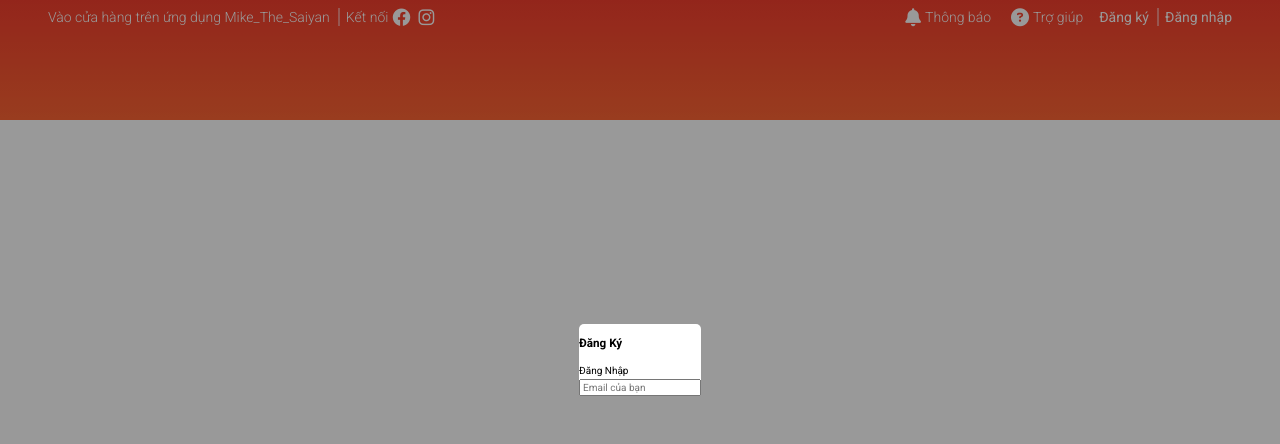
Repository: thefellowshiplotr/project_shopee
Page: index.html
These files come from the project's save history. The page is drawn as it stood at one moment and after the next save; the edit follows.
The browser window is 1280 px wide. The pictures show the whole page.

Above is the page before, as saved 2022-11-07 13:40:46.

### index.html
<!DOCTYPE html>
<html lang="en">
  <head>
    <meta charset="UTF-8" />
    <meta http-equiv="X-UA-Compatible" content="IE=edge" />
    <meta name="viewport" content="width=device-width, initial-scale=1.0" />
    <title>Shopee</title>
    <link
      rel="stylesheet"
      href="https://cdnjs.cloudflare.com/ajax/libs/normalize/8.0.1/normalize.min.css"
      integrity="sha512-NhSC1YmyruXifcj/KFRWoC561YpHpc5Jtzgvbuzx5VozKpWvQ+4nXhPdFgmx8xqexRcpAglTj9sIBWINXa8x5w=="
      crossorigin="anonymous"
      referrerpolicy="no-referrer"
    />
    <link rel="preconnect" href="https://fonts.googleapis.com" />
    <link rel="preconnect" href="https://fonts.gstatic.com" crossorigin />
    <link
      href="https://fonts.googleapis.com/css2?family=Roboto:wght@300;400;500;700&display=swap"
      rel="stylesheet"
    />
    <link rel="stylesheet" href="./assets/css/base.css" />
    <link rel="stylesheet" href="./assets/css/main.css" />
    <link
      rel="stylesheet"
      href="./assets/fonts/fontawesome-free-6.2.0-web/fontawesome-free-6.2.0-web/css/all.min.css"
    />
  </head>
  <body>
    <div class="wrapper">
      <header class="header">
        <div class="grid">
          <nav class="header__navbar">
            <ul class="header__navbar-list">
              <li
                class="header__navbar-item header__navbar-item-has-qr header__navbar-item--separate"
              >
                Vào cửa hàng trên ứng dụng Mike_The_Saiyan

                <!-- Header QR -->
                <div class="header__qr">
                  <img
                    src="./assets/img/QR-shopee.png"
                    alt="QR code"
                    class="header__qr-img"
                  />
                  <div class="header__qr-apps">
                    <a href="" class="header__qr-link">
                      <img
                        src="./assets/img/appstore.png"
                        alt="Appstore"
                        class="header__qr-download-img"
                      />
                    </a>
                    <a href="" class="header__qr-link">
                      <img
                        src="./assets/img/google-play.png"
                        alt="Google Play"
                        class="header__qr-download-img"
                      />
                    </a>
                    <!-- <a href="" class="header__qr-link">
                      <img
                        src="./assets/img/app-galery.png"
                        alt="App Galary"
                        class="header__qr-download-img"
                      />
                    </a> -->
                  </div>
                </div>
              </li>
              <li class="header__navbar-item">
                <span class="header__navbar-title--no-pointer">Kết nối</span>
                <a href="" class="header__navbar-icon-link"
                  ><i class="header__navbar-icon fa-brands fa-facebook"></i
                ></a>
                <a href="" class="header__navbar-icon-link"
                  ><i class="header__navbar-icon fa-brands fa-instagram"></i
                ></a>
              </li>
            </ul>
            <ul class="header__navbar-list">
              <li class="header__navbar-item header__navbar-item--has-notify">
                <a href="" class="header__navbar-item-link">
                  <i class="header__navbar-icon fa-solid fa-bell"></i>
                  Thông báo
                </a>
                <div class="header__notify">
                  <header class="header__notify-header">
                    <h3>Thông báo mới nhận</h3>
                  </header>
                  <ul class="header__notify-list">
                    <li class="header__notify-item header__notify-item--viewed">
                      <a href="" class="header__notify-link">
                        <img
                          src="https://cdn.abphotos.link/photos/resized/200x120/83-1625652146-myphamohui-lgvina.png"
                          alt=""
                          class="header__notify-img"
                        />
                        <div class="header__notify-info">
                          <span class="header__notify-name"
                            >Xác thực chính hãng nguồn gốc các sản phẩm
                            Ohui</span
                          >
                          <span class="header__notify-description"
                            >Hiddentag là giải pháp xác thực hàng chính hãng
                            bằng công nghệ tiên tiến nhất hiện nay</span
                          >
                        </div>
                      </a>
                    </li>
                    <li class="header__notify-item header__notify-item--viewed">
                      <a href="" class="header__notify-link">
                        <img
                          src="https://cdn.abphotos.link/photos/resized/200x120/1653708536-php4dvzf5.png"
                          alt=""
                          class="header__notify-img"
                        />
                        <div class="header__notify-info">
                          <span class="header__notify-name"
                            >Kem trắng da Ohui có tốt không? Review kem dưỡng
                            trắng da OHUI Extreme White chi tiết</span
                          >
                          <span class="header__notify-description"
                            >Sản phẩm là sự lựa chọn hoàn hảo cho các quý cô
                            đang gặp vấn đề nám, tàn nhang, thâm sạm,…</span
                          >
                        </div>
                      </a>
                    </li>
                    <li class="header__notify-item header__notify-item--viewed">
                      <a href="" class="header__notify-link">
                        <img
                          src="https://cdn.abphotos.link/photos/resized/200x120/1653706577-phpmugy75.png"
                          alt=""
                          class="header__notify-img"
                        />
                        <div class="header__notify-info">
                          <span class="header__notify-name"
                            >Review kem chống nắng OHUI cho da dầu - OHUI Day
                            Shield Perfect Sun Black</span
                          >
                          <span class="header__notify-description"
                            >Sản phẩm kem chống nắng OHUI Perfect Sun Black
                            chống nước có thể sử dụng đi bơi hoặc hoạt động
                            ngoài trời.</span
                          >
                        </div>
                      </a>
                    </li>
                  </ul>
                  <footer class="header__notify-footer">
                    <a href="" class="header__notify-footer-btn">Xem tất cả</a>
                  </footer>
                </div>
              </li>
              <li class="header__navbar-item">
                <a href="" class="header__navbar-item-link">
                  <i
                    class="header__navbar-icon fa-solid fa-circle-question"
                  ></i>
                  Trợ giúp
                </a>
              </li>
              <li
                class="header__navbar-item header__navbar-item--strong header__navbar-item--separate"
              >
                Đăng ký
              </li>
              <li class="header__navbar-item header__navbar-item--strong">
                Đăng nhập
              </li>
            </ul>
          </nav>
        </div>
      </header>

      <div class="container"></div>

      <footer class="footer"></footer>
    </div>

    <!-- Modal Layout -->

    <div class="modal">
      <div class="modal__overlay"></div>
      <div class="modal__body">
        <div class="modal__inner">
          <!-- Authen form -->

          <div class="auth-form">
            <div class="auth-form__header">
              <h3 class="auth-form__heading">Đăng Ký</h3>
              <span class="auth-form__switch-btn">Đăng Nhập</span>
            </div>

            <div class="auth-form__form">
              <div class="auth-form__group">
                <input type="text" class="auth-form__input" placeholder="Email của bạn">
              </div>
              <div class="auth-form__group">
                <input type="password" class="auth-form__input" placeholder="Mật khẩu của bạn>
              </div>
            </div>
          </div>
        </div>
      </div>
    </div>
  </body>
</html>

### assets/css/base.css
:root {
  --primary-color: #ee4d2d;
  --white-color: #fff;
  --black-color: #000;
  --text-color: #333;
}

* {
  box-sizing: inherit;
}

html {
  font-size: 62.5%; /* Sử dụng kĩ thuật HACK*/
  line-height: 1.6rem;
  font-family: "Roboto", sans-serif;
  box-sizing: border-box;
}

.grid {
  width: 1200px;
  max-width: 100%;
  margin: 0 auto;
}

.grid__full-width {
  width: 100%;
}

.grid__row {
  display: flex;
  flex-wrap: wrap;
}

/* Animation */
@keyframes fadeIn {
  from {
    opacity: 0;
  }
  to {
    opacity: 1;
  }
}

/* Modal */
.modal {
  position: fixed;
  top: 0;
  right: 0;
  bottom: 0;
  left: 0;
  display: flex;
}

.modal__overlay {
  position: absolute;
  width: 100%;
  height: 100%;
  background-color: rgba(0, 0, 0, 0.4);
}

.modal__body {
  background-color: var(--white-color);
  margin: auto;
  position: relative;
  z-index: 1;
  border-radius: 5px;
}

### assets/css/main.css
.header {
  height: 120px;
  background-image: linear-gradient(0, #fe6433, #f53e2d);
}

.header__navbar {
  display: flex;
  justify-content: space-between;
  align-items: center;
}

.header__navbar-list {
  list-style: none;
  padding-left: 0;
  margin-top: 4px;
  display: flex; /* thêm */
  align-items: center;
}

.header__navbar-item {
  margin: 0 8px;
  position: relative;
  min-height: 25px;
}

.header__navbar-item-has-qr:hover .header__qr {
  display: block;
}

.header__navbar-item--has-notify:hover .header__notify {
  display: block;
}

.header__navbar-item,
.header__navbar-item-link {
  display: inline-block;
  font-size: 1.4rem;
  color: var(--white-color);
  text-decoration: none;
  font-weight: 300;
}

.header__navbar-item,
.header__navbar-item-link,
.header__navbar-icon-link {
  display: inline-flex;
  align-items: center;
}

.header__navbar-item:hover,
.header__navbar-item-link:hover,
.header__navbar-icon-link:hover {
  cursor: pointer;
  color: rgba(255, 255, 255, 0.7);
}

.header__navbar-item--strong {
  font-weight: 400;
}

.header__navbar-item--separate::after {
  content: "";
  display: block;
  position: absolute;
  border: 1px solid #fb9086;
  height: 16px;
  right: -10px;
  top: 50%;
  transform: translateY(-50%);
}

.header__navbar-icon-link {
  color: var(--white-color);
  text-decoration: none;
}

.header__navbar-icon {
  font-size: 1.8rem;
  margin: 0 4px;
}

.header__navbar-title--no-pointer {
  cursor: text;
  color: var(--white-color);
}

/* Header QR code*/
.header__qr {
  width: 186px;
  background-color: var(--white-color);
  position: absolute;
  left: 0;
  top: 118%; /* làm cho nó cao bằng 100% chiều cao của thằng chứa nó*/
  padding: 8px;
  border-radius: 2px;
  display: none;
  animation: fadeIn ease-in 0.4s;
}

.header__qr::before {
  position: absolute;
  left: 0;
  top: -16px;
  width: 100%;
  height: 20px;
  content: "";
  display: block;
}

.header__qr-img {
  width: 100%;
}

.header__qr-apps {
  display: flex;
  justify-content: space-between;
  flex-wrap: wrap;
  margin-top: 5px;
}

.header__qr-link:nth-child(1) {
  margin-left: 9px;
}

.header__qr-link:nth-child(2) {
  margin-right: 9px;
}
.header__qr-link:nth-child(3) {
  margin-left: 8px;
  margin-top: 8px;
}

.header__qr-download-img {
  height: 16px;
}

/* header notification */

.header__notify {
  position: absolute;
  margin-top: 5px;
  top: 100%;
  width: 404px;
  right: 0;
  border: 1px solid #d3d3d3;
  background-color: var(--white-color);
  cursor: default;
  transform-origin: calc(100% - 20px) top;
  animation: headerNotifyGrowth ease-in 0.2s;
  will-change: opacity, transform;
  display: none;
}

.header__notify::before {
  content: "";
  border-width: 20px 27px;
  border-style: solid;
  border-color: transparent transparent var(--white-color) transparent;
  position: absolute;
  right: 0px;
  top: -27px;
}

.header__notify::after {
  content: "";
  display: block;
  position: absolute;
  width: 90px;
  height: 20px;
  right: 0;
  top: -16px;
}

@keyframes headerNotifyGrowth {
  from {
    opacity: 0;
    transform: scale(0);
  }
  to {
    opacity: 1;
    transform: scale(1);
  }
}

.header__notify-header {
  height: 40px;
  background-color: var(--white-color);
}

.header__notify-header h3 {
  color: #999;
  margin: 0 0 0 12px;
  font-weight: 400;
  font-size: 1.4rem;
  line-height: 40px;
  user-select: none;
  -webkit-user-select: none;
}

.header__notify-list {
  padding-left: 0;
}

.header__notify-item {
  display: flex;
}

.header__notify-item:hover {
  background-color: #f7f7f7;
}

.header__notify-item--viewed {
  background-color: rgba(238, 75, 43, 0.08);
}

.header__notify-link {
  display: flex;
  width: 100%;
  padding: 12px;
  text-decoration: none;
}

.header__notify-img {
  width: 48px;
  object-fit: contain;
}

.header__notify-info {
  margin-left: 12px;
}

.header__notify-name {
  display: block;
  color: var(--text-color);
  font-size: 1.4rem;
  font-weight: 400;
  line-height: calc(2 / 1.4);
}

.header__notify-description {
  display: block;
  font-size: 1.2rem;
  line-height: calc(1.8 / 1.2);
  color: #756f6e;
  margin-top: 4px;
}

.header__notify-footer {
  display: flex;
}

.header__notify-footer-btn {
  text-decoration: none;
  color: var(--text-color);
  width: 100%;
  padding: 8px 0;
  text-align: center;
  font-size: 1.4rem;
  font-weight: 400;
}

Loaded but not shown: assets/fonts/fontawesome-free-6.2.0-web/fontawesome-free-6.2.0-web/css/all.min.css (library)

After the next save:
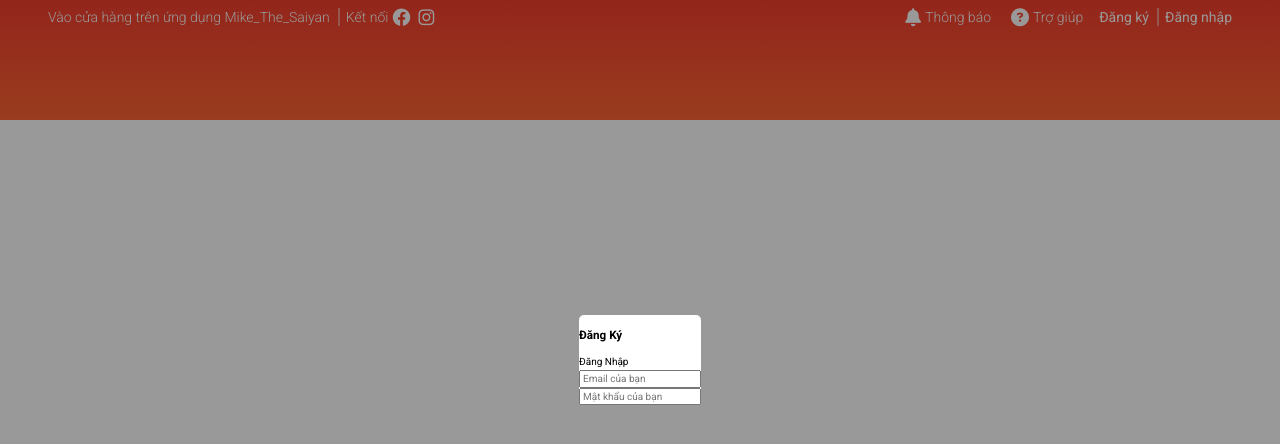
Saved 7 s later.
--- a/index.html
+++ b/index.html
@@ -195,10 +195,18 @@
 
             <div class="auth-form__form">
               <div class="auth-form__group">
-                <input type="text" class="auth-form__input" placeholder="Email của bạn">
+                <input
+                  type="text"
+                  class="auth-form__input"
+                  placeholder="Email của bạn"
+                />
               </div>
               <div class="auth-form__group">
-                <input type="password" class="auth-form__input" placeholder="Mật khẩu của bạn>
+                <input
+                  type="password"
+                  class="auth-form__input"
+                  placeholder="Mật khẩu của bạn"
+                />
               </div>
             </div>
           </div>
